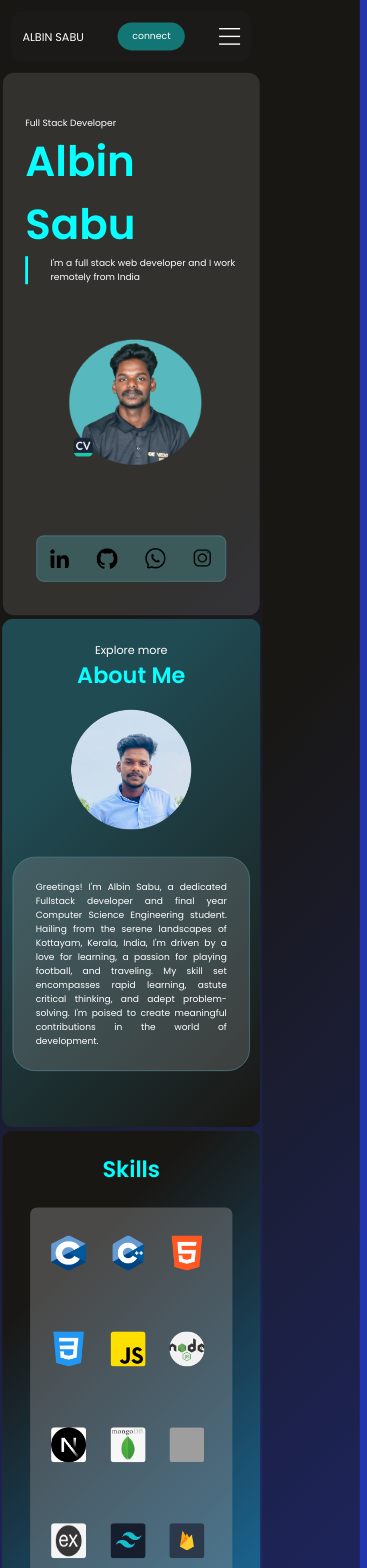
Repository: albinsabu2023/personalwebsite
Page: index.html
These files come from the project's save history. The page is drawn as it stood at one moment and after the next save; the edit follows.
The browser window is 375 px wide. The page is 514 px wide, then 524 px, so the pictures cover 524 px, including what lies to the right of the window. The pictures show the part of the page from y = 0 to 2240 px (the page is 3575 px tall before and 3570 px after), at 70% of full size.
Pictures or frames that could not be fetched are drawn as grey boxes.

Above is the page before, as saved 2023-09-04 11:51:51.

After the next save:
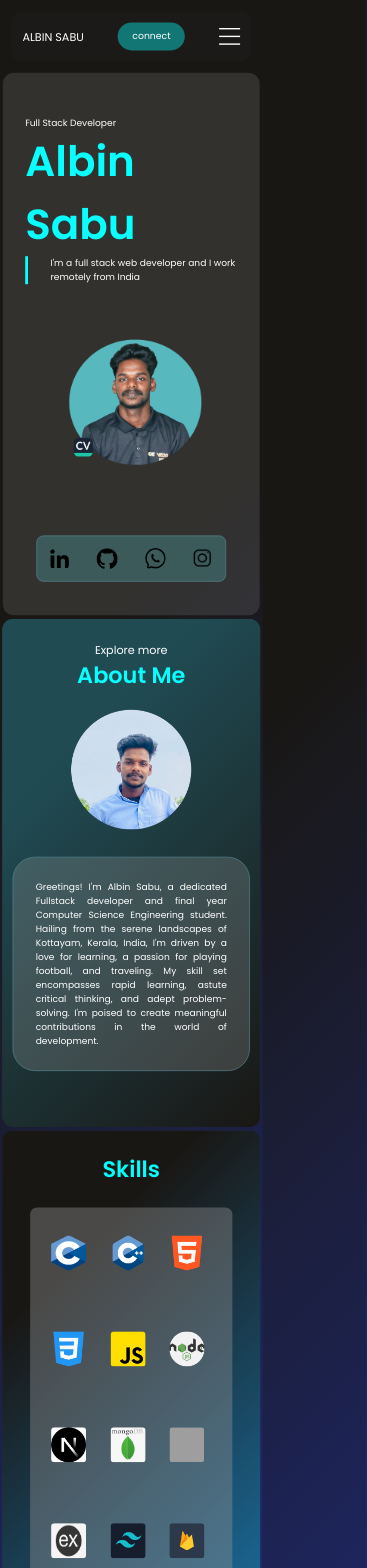
Saved 16 s later.
--- a/media.css
+++ b/media.css
@@ -136,7 +136,7 @@
         }
 
         #contact{
-            width:75%;
+           margin: 0;
         }
 
 
